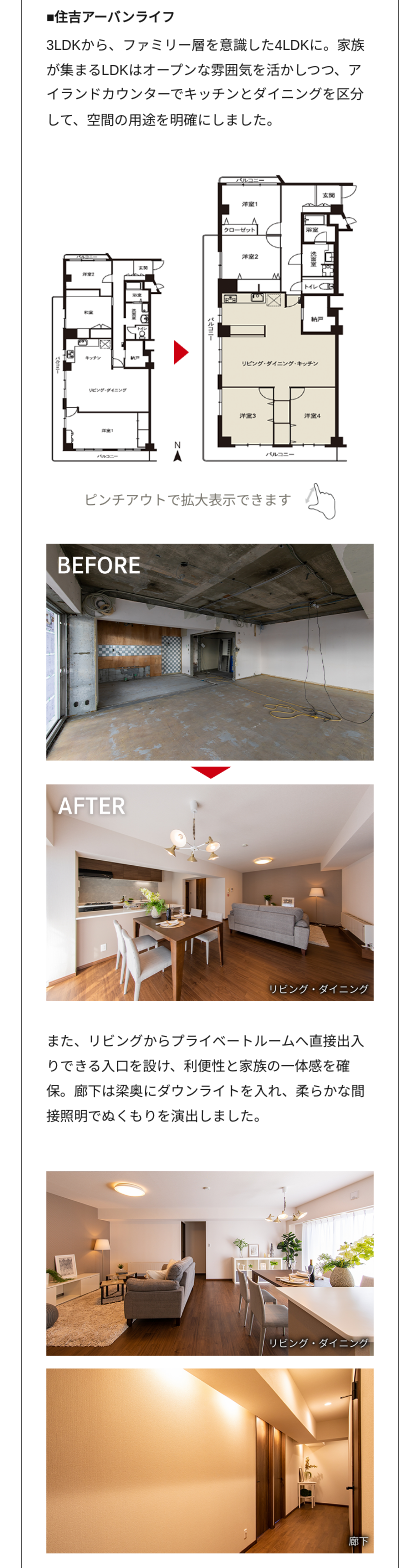
Repository: duongspm/group-kansai_new-data
Page: group-kansai_new/pickup/column07.html
These files come from the project's save history. The page is drawn as it stood at one moment and after the next save; the edit follows.
The browser window is 600 px wide. The pictures show the part of the page from y = 4090 to 6330 px (the page is 8620 px tall before and 8660 px after), at 70% of full size.

Above is the page before, as saved 2023-07-03 11:17:49.

After the next save:
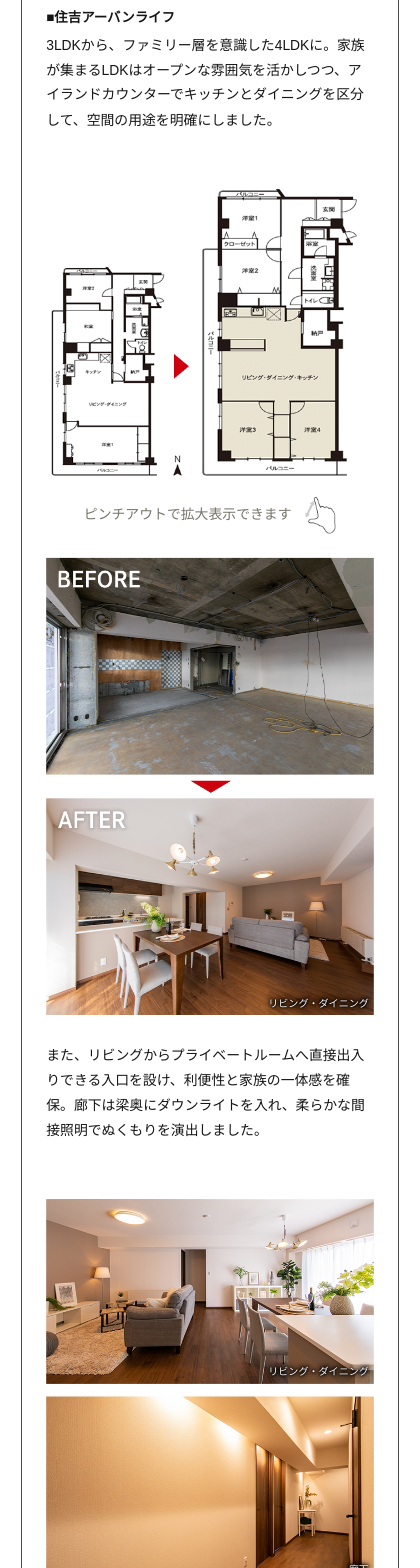
Saved 20 s later.
--- a/group-kansai_new/pickup/css/column.css
+++ b/group-kansai_new/pickup/css/column.css
@@ -310,7 +310,7 @@
         margin: 0 0 3rem;
     }
     .column07__box .flex {
-        padding-top: 60px;
+        padding-top: 80px;
     }
 }
 @media (max-width: 414px){
